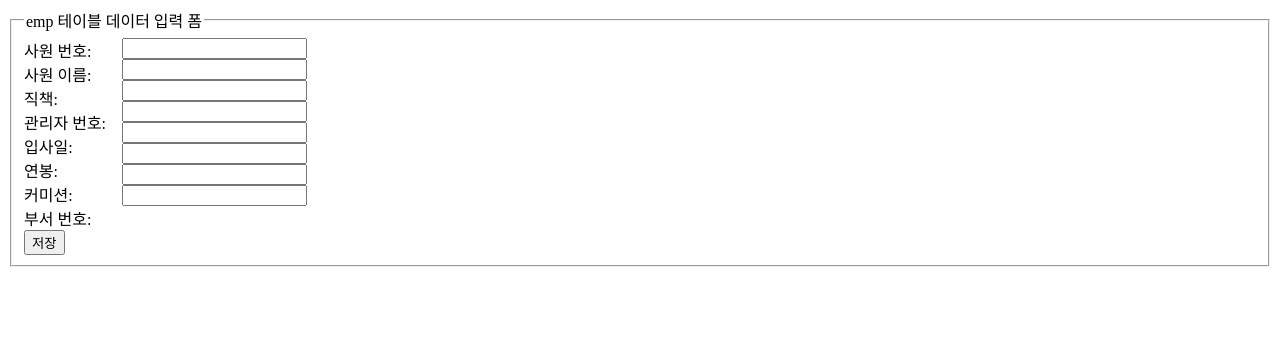
Repository: saysang22/servlet
Page: jdbcServlet1/src/main/webapp/deptInsert.html
These files come from the project's save history. The page is drawn as it stood at one moment and after the next save; the edit follows.
The browser window is 1280 px wide. The pictures show the whole page.

Above is the page before, as saved 2024-06-03 01:18:37.

### jdbcServlet1/src/main/webapp/deptInsert.html
<!DOCTYPE html>
<html>
<head>
<meta charset="UTF-8">
<title>Insert title here</title>
<style>
	ul {
		list-style: none;
		padding: 0;
		margin: 0;
	}

	.wrap {
		display: flex;
	}

	.rightMargin {
		margin: 0 1rem 0 0rem;
	}
</style>
</head>
<body>
	<form method="post" action="empInsert" name="insert">
		<fieldset>
			<legend>emp 테이블 데이터 입력 폼</legend>
		<div class="wrap">
			<ul class="rightMargin">
				<li><label for="empno">사원 번호:</label></li>
				<li><label for="ename">사원 이름:</label></li>
				<li><label for="job">직책:</label></li>
				<li><label for="mgr">관리자 번호:</label></li>
				<li><label for="hiredate">입사일:</label></li>
				<li><label for="sal">연봉: </label></li>
				<li><label for="comm">커미션:</label></li>
				<li><label for="deptno">부서 번호:</label></li>
			</ul>
			<ul>
				<li><input type="text" name="empno" id="empno"></li>
				<li><input type="text" name="ename" id="ename"></li>
				<li><input type="text" name="job" id="job"></li>
				<li><input type="text" name="mgr" id="mgr"></li>
				<li><input type="text" name="hiredate" id="hiredate"></li>
				<li><input type="text" name="sal" id="sal"></li>
				<li><input type="text" name="comm" id="comm"></li>
				<li><input type="text" name="deptno" id="deptno"></li>
			</ul>
		</div>
		<input type="submit" value="저장">
		</fieldset>
	</form>
</body>
</html>

After the next save:
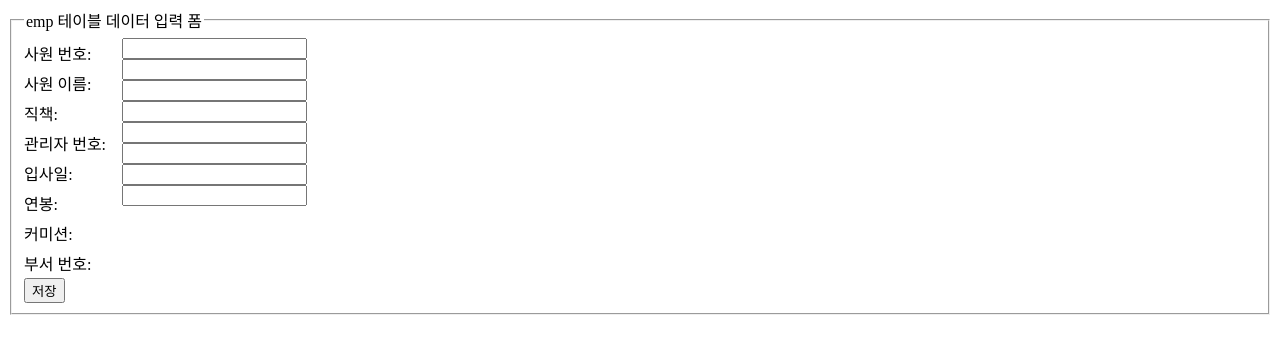
Saved 61 s later.
--- a/jdbcServlet1/src/main/webapp/deptInsert.html
+++ b/jdbcServlet1/src/main/webapp/deptInsert.html
@@ -16,6 +16,10 @@
 
 	.rightMargin {
 		margin: 0 1rem 0 0rem;
+	}
+
+	.rightMargin li {
+		padding: 3px 0;
 	}
 </style>
 </head>
